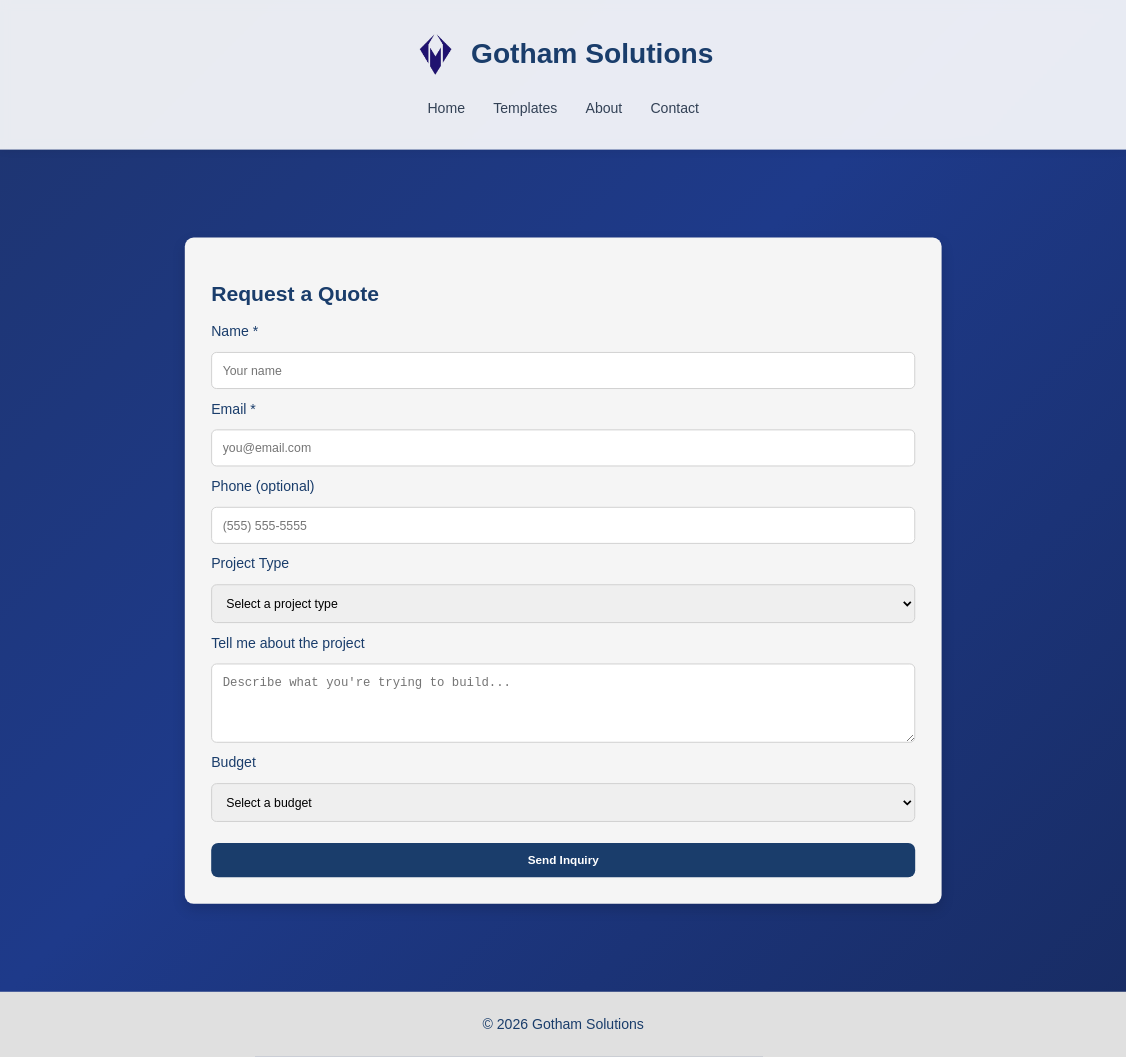
Repository: kmm569/gothamsolutions
Page: contact/index.html
An editor plug-in stored every save of this project. The page is shown before and after the next save, followed by the edit.
The browser window is 1280 px wide. The pictures show the whole page, at 88% of full size.

Above is the page before, as saved 2026-03-10 14:35:09.

### contact/index.html
<!doctype html>
<html lang="en">
	<head>
		<meta charset="UTF-8" />
		<meta name="viewport" content="width=device-width, initial-scale=1.0" />

		<title>Contact - Gotham Solutions</title>

		<link rel="stylesheet" href="styles.css" />
		<link rel="icon" href="./icons/favicon.ico" />
	</head>

	<body>
		<header>
			<div class="logo-container">
				<img src="LogoSolo.png" alt="Gotham Solutions Logo" class="logo" />
				<h1>Gotham Solutions</h1>
			</div>

			<nav>
				<ul>
					<li><a href="index.html" class="nav-link">Home</a></li>
					<li><a href="templates.html" class="nav-link">Templates</a></li>
					<li><a href="about.html" class="nav-link">About</a></li>
					<li><a href="contact.html" class="nav-link">Contact</a></li>
				</ul>
			</nav>
		</header>

		<main>
			<section class="contact-section">
				<div class="form-card">
					<h2>Request a Quote</h2>

					<form id="contactForm">
						<label>Name *</label>
						<input
							type="text"
							name="name"
							required
							minlength="2"
							placeholder="Your name"
						/>

						<label>Email *</label>
						<input
							type="email"
							name="email"
							required
							placeholder="you@email.com"
						/>

						<label>Phone (optional)</label>
						<input
							type="tel"
							id="phone"
							name="phone"
							pattern="[0-9+\-\(\)\s]{7,}"
							placeholder="(555) 555-5555"
							inputmode="numeric"
						/>

						<label>Project Type</label>
						<select name="projectType">
							<option value="">Select a project type</option>
							<option>Google Sheets Dashboard</option>
							<option>Spreadsheet Automation</option>
							<option>Workflow Tracker</option>
							<option>Data Cleanup / Organization</option>
							<option>Other</option>
						</select>

						<label>Tell me about the project</label>

						<textarea
							name="details"
							rows="4"
							placeholder="Describe what you're trying to build..."
						></textarea>

						<label>Budget</label>

						<select name="budget">
							<option value="">Select a budget</option>
							<option>Unsure</option>
							<option>Under $50</option>
							<option>$50 – $150</option>
							<option>$150 – $500</option>
							<option>$500+</option>
						</select>

						<input type="hidden" name="template" id="templateField" />
						<input type="hidden" name="source" id="sourceField" />

						<button type="submit" class="submit-button">Send Inquiry</button>
					</form>

					<div id="formMessage"></div>
				</div>
			</section>
		</main>

		<footer>
			<p>&copy; 2026 Gotham Solutions</p>
		</footer>

		<script>
			const scriptURL =
				"https://script.google.com/macros/s/AKfycbxc9_hlQCGvBhvR8CTxNIYGdBt7pfNBy3m51jCEInJPqs_rvo7NSJcQvLVQ2DQR7OGX/exec";

			const form = document.getElementById("contactForm");
			const templateField = document.getElementById("templateField");
			const sourceField = document.getElementById("sourceField");
			const messageBox = document.getElementById("formMessage");

			const params = new URLSearchParams(window.location.search);

			const storedTemplate = sessionStorage.getItem("template");
			const storedSource = sessionStorage.getItem("source");

			if (params.has("template")) {
				templateField.value = params.get("template");
				sessionStorage.setItem("template", params.get("template"));
			} else if (storedTemplate) {
				templateField.value = storedTemplate;
			}

			if (params.has("source")) {
				sourceField.value = params.get("source");
				sessionStorage.setItem("source", params.get("source"));
			} else if (storedSource) {
				sourceField.value = storedSource;
			} else {
				sourceField.value = "Website";
			}

			let submitting = false;

			form.addEventListener("submit", function (e) {
				if (submitting) {
					return;
				}

				submitting = true;

				e.preventDefault();

				const submitBtn = form.querySelector("button");
				submitBtn.disabled = true;
				submitBtn.textContent = "Sending...";

				const formData = new FormData(form);
				const data = Object.fromEntries(formData.entries());

				e.preventDefault();

				fetch(scriptURL, {
					method: "POST",
					mode: "no-cors",
					body: formData,
				})
					.then(() => {
						setTimeout(() => {
							submitting = false;
							submitBtn.disabled = false;
							submitBtn.textContent = "Send Inquiry";
						}, 60000);

						form.style.display = "none";

						messageBox.style.display = "block";
						messageBox.innerHTML =
							"<strong>Thanks! Your inquiry has been sent.</strong><br>I usually respond within 24 hours.";
					})
					.catch((err) => {
						console.error(err);

						messageBox.style.display = "block";
						messageBox.innerHTML = "Something went wrong. Please try again.";
					});
			});

			const phoneInput = document.getElementById("phone");

			if (phoneInput) {
				phoneInput.addEventListener("input", function (e) {
					let digits = e.target.value.replace(/\D/g, "").substring(0, 10);

					let formatted = digits;

					if (digits.length > 6) {
						formatted =
							"(" +
							digits.substring(0, 3) +
							") " +
							digits.substring(3, 6) +
							"-" +
							digits.substring(6);
					} else if (digits.length > 3) {
						formatted =
							"(" + digits.substring(0, 3) + ") " + digits.substring(3);
					} else if (digits.length > 0) {
						formatted = "(" + digits;
					}

					e.target.value = formatted;
				});
			}

			const header = document.querySelector("header");

			let isShrunk = false;

			const shrinkPoint = 120;
			const expandPoint = 40;

			window.addEventListener("scroll", () => {
				const scroll = window.scrollY;

				if (!isShrunk && scroll > shrinkPoint) {
					header.classList.add("scrolled");
					isShrunk = true;
				}

				if (isShrunk && scroll < expandPoint) {
					header.classList.remove("scrolled");
					isShrunk = false;
				}
			});
		</script>
	</body>
</html>

### styles.css
*,
*::before,
*::after {
	box-sizing: border-box;
}

body {
	background: #ffffff;
	color: #1a3d6b;
	font-family: Arial, sans-serif;
	margin: 0;
	padding: 0;
	display: flex;
	flex-direction: column;
	min-height: 100vh;
}

header {
	position: sticky;
	top: 0;
	z-index: 100;

	transition: padding 0.25s ease;
}

/* logo animation */
.logo-container {
	overflow: hidden;
	transition:
		max-height 0.25s ease,
		opacity 0.2s ease,
		transform 0.25s ease;
}

/* default visible logo height */
.logo-container {
	max-height: 120px;
}

/* compact header when scrolling */
header.scrolled {
	padding: 10px 20px;
	box-shadow: 0 6px 18px rgba(0, 0, 0, 0.15);
}

/* hide logo smoothly */
header.scrolled .logo-container {
	max-height: 0;
	opacity: 0;
	transform: translateY(-10px);
}

header {
	display: flex;
	flex-direction: column;
	align-items: center;

	padding: 22px 20px;

	background: rgba(255, 255, 255, 0.9);
	backdrop-filter: blur(6px);

	box-shadow: 0 2px 10px rgba(0, 0, 0, 0.08);
}
@media (max-width: 600px) {
	header {
		padding: 16px 12px;
	}
}

.logo-container {
	display: flex;
	align-items: center;
	gap: 14px;
}

.logo {
	height: 52px;
}

nav ul {
	display: flex;
	gap: 32px;

	list-style: none;
	padding: 0;
	margin-top: 12px;
}

.nav-link {
	text-decoration: none;

	color: #334155;
	font-weight: 500;

	position: relative;

	transition: color 0.2s ease;
}

.nav-link:hover {
	color: #2563eb;
}

.nav-link::after {
	content: "";

	position: absolute;
	left: 0;
	bottom: -4px;

	width: 0;
	height: 2px;

	background: #2563eb;

	transition: width 0.2s ease;
}

.nav-link:hover::after {
	width: 100%;
}

main {
	flex: 1;
	padding: 40px 20px;
	width: 100%;
	max-width: 1100px;
	margin: 0 auto;
}

/* HERO */

.hero {
	text-align: center;
	margin-bottom: 50px;
}

.hero h2 {
	font-size: 2em;
	margin-bottom: 15px;
}

.hero-text {
	max-width: 650px;
	margin: auto;
	font-size: 1.1em;
	line-height: 1.5;
}

@media (max-width: 600px) {
	.hero-text {
		max-width: 100%;
		padding: 0 6px;
	}
}

.hero-buttons {
	margin-top: 20px;
	display: flex;
	gap: 15px;
	justify-content: center;
	flex-wrap: wrap;
}

/* BUTTONS */

.button-primary {
	background: #1a3d6b;
	color: white;
	padding: 12px 24px;
	border-radius: 8px;
	text-decoration: none;
	font-weight: bold;
}

.button-secondary {
	background: #16a085;
	color: white;
	padding: 12px 24px;
	border-radius: 8px;
	text-decoration: none;
	font-weight: bold;
}

@media (max-width: 600px) {
	.button-primary,
	.button-secondary {
		padding: 10px 18px;
		font-size: 0.95em;
	}
}

/* SERVICES */

.services {
	margin-bottom: 50px;
}

.services h2 {
	text-align: center;
	margin-bottom: 25px;
}

.service-grid {
	display: grid;
	grid-template-columns: repeat(auto-fit, minmax(220px, 1fr));
	gap: 20px;
}

@media (max-width: 600px) {
	.service-grid {
		grid-template-columns: 1fr;
		gap: 18px;
	}
}

.service-card {
	background: #f5f5f5;
	padding: 20px;
	border-radius: 10px;
	box-shadow: 0 4px 10px rgba(0, 0, 0, 0.1);
}

/* PROCESS */

.process {
	margin-bottom: 20px;
}

.process h2 {
	text-align: center;
	margin-bottom: 25px;
}

.process-grid {
	display: grid;
	grid-template-columns: repeat(auto-fit, minmax(220px, 1fr));
	gap: 20px;
}

.process-step {
	background: #f5f5f5;
	padding: 20px;
	border-radius: 10px;
	box-shadow: 0 4px 10px rgba(0, 0, 0, 0.1);
}

/* CTA */

.cta {
	text-align: center;
	background: #f5f5f5;
	padding: 30px;
	border-radius: 10px;
	max-width: 700px;
	margin: 0 auto;
}

.cta p {
	max-width: 600px;
	margin: 10px auto 20px auto;
}

/* FORM */

.contact-section {
	max-width: 900px;
	margin: 60px auto;
	padding: 0 20px;
}

.form-card {
	background: #f5f5f5;
	padding: 30px;
	border-radius: 10px;
	box-shadow: 0 6px 14px rgba(0, 0, 0, 0.15);

	width: 100%;
	max-width: 900px;

	margin: 0 auto;
}

.form-card form {
	width: 100%;
}

form {
	display: flex;
	flex-direction: column;
	gap: 14px;
}

input,
select,
textarea {
	width: 100%;
	padding: 14px;
	font-size: 15px;
}

.submit-button {
	margin-top: 10px;
	padding: 12px;
	border: none;
	background: #1a3d6b;
	color: white;
	font-weight: bold;
	border-radius: 8px;
	cursor: pointer;
}

.submit-button:hover {
	background: #163457;
}

input,
select,
textarea {
	width: 100%;
	padding: 12px;
	border-radius: 6px;
	border: 1px solid #ccc;
	font-size: 14px;
	box-sizing: border-box;
}

/* WHY SECTION */

.why-section {
	margin: 50px 0;
	background: #f5f5f5;
	padding: 30px;
	border-radius: 10px;
	box-shadow: 0 4px 10px rgba(0, 0, 0, 0.1);
}

.why-section h2 {
	text-align: center;
	margin-bottom: 10px;
}

.why-section > p {
	text-align: center;
	max-width: 650px;
	margin: 0 auto 25px auto;
}

footer {
	background: #e0e0e0;
	padding: 12px;
	text-align: center;
}

/* WHY GOTHAM SOLUTIONS LIST */

.about-points {
	list-style: none;
	padding: 0;
	margin-top: 20px;

	display: flex;
	flex-direction: column;
	gap: 18px;
}

.about-points li {
	position: relative;
	padding-left: 34px;
	line-height: 1.5;
}

.about-points li::before {
	content: "";

	position: absolute;
	left: 0;
	top: 3px;

	width: 16px;
	height: 16px;

	background-color: #2c3e50;

	mask: url("/icons/target.svg") no-repeat center;
	mask-size: contain;

	-webkit-mask: url("/icons/target.svg") no-repeat center;
	-webkit-mask-size: contain;
}

body {
	background: linear-gradient(-45deg, #0f172a, #1e3a8a, #1e293b, #2563eb);

	background-size: 400% 400%;
	animation: gradientShift 15s ease infinite;

	min-height: 100vh;
}

@keyframes gradientShift {
	0% {
		background-position: 0% 50%;
	}
	50% {
		background-position: 100% 50%;
	}
	100% {
		background-position: 0% 50%;
	}
}

.content-wrapper {
	max-width: 1100px;
	margin: 40px auto;
	padding: 40px;

	background: rgba(255, 255, 255, 0.85);

	border-radius: 14px;

	box-shadow: 0 10px 30px rgba(0, 0, 0, 0.25);

	backdrop-filter: blur(6px);
}

.service-card,
.process-step {
	background: #ffffff;
	border-radius: 12px;

	padding: 24px;

	box-shadow: 0 6px 18px rgba(0, 0, 0, 0.08);

	transition:
		transform 0.2s ease,
		box-shadow 0.2s ease;
}

.service-card:hover,
.process-step:hover {
	transform: translateY(-6px);

	box-shadow: 0 14px 32px rgba(0, 0, 0, 0.15);
}

.service-card::before,
.process-step::before {
	content: "";
	display: block;

	height: 4px;
	width: 40px;

	background: #2563eb;

	border-radius: 4px;

	margin-bottom: 12px;
}

.templates-grid {
	display: grid;
	grid-template-columns: repeat(auto-fit, minmax(260px, 1fr));
	gap: 24px;
	margin-top: 30px;
}

.template-card {
	background: #ffffff;
	border-radius: 12px;
	padding: 24px;

	box-shadow: 0 6px 18px rgba(0, 0, 0, 0.08);

	display: flex;
	flex-direction: column;
	gap: 12px;

	transition:
		transform 0.2s ease,
		box-shadow 0.2s ease;
}

.template-card:hover {
	transform: translateY(-6px);
	box-shadow: 0 14px 32px rgba(0, 0, 0, 0.15);
}

.template-preview {
	width: 100%;
	max-height: 420px;

	object-fit: cover;

	border-radius: 10px;
	margin-bottom: 16px;

	box-shadow: 0 8px 20px rgba(0, 0, 0, 0.18);
}

.template-gallery {
	display: flex;
	gap: 12px;
	margin-bottom: 18px;
	flex-wrap: wrap;
}

.template-gallery img {
	width: 90px;
	height: 65px;

	object-fit: cover;

	border-radius: 6px;
	cursor: pointer;

	transition:
		transform 0.15s ease,
		box-shadow 0.15s ease;
}

.template-gallery img:hover {
	transform: scale(1.05);
	box-shadow: 0 6px 12px rgba(0, 0, 0, 0.15);
}

.template-card .button-primary {
	width: 100%;
	text-align: center;
}

After the next save:
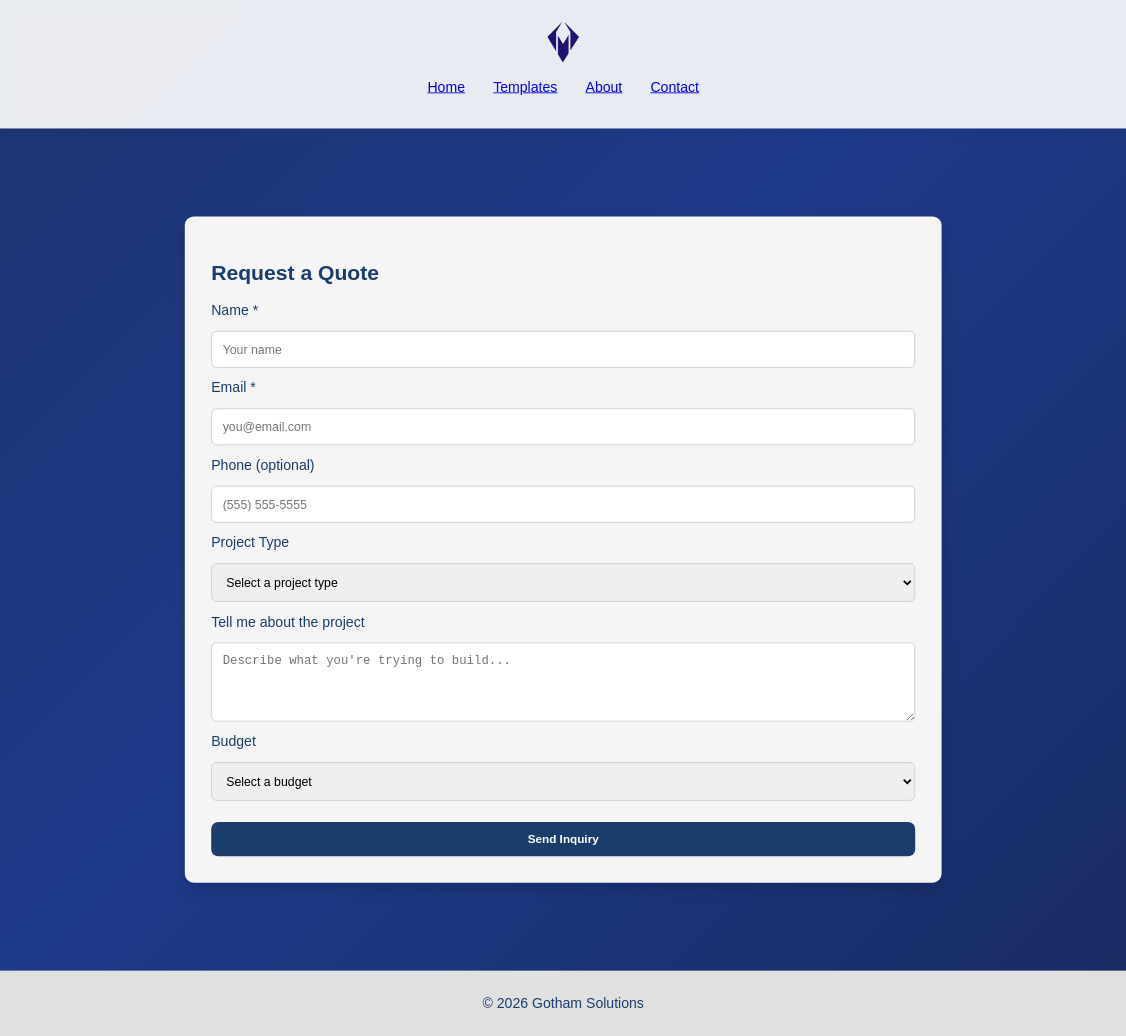
Saved 36 s later.
--- a/contact/index.html
+++ b/contact/index.html
@@ -4,25 +4,24 @@
 		<meta charset="UTF-8" />
 		<meta name="viewport" content="width=device-width, initial-scale=1.0" />
 
-		<title>Contact - Gotham Solutions</title>
-
-		<link rel="stylesheet" href="styles.css" />
-		<link rel="icon" href="./icons/favicon.ico" />
+		<title>Contact | Gotham Solutions</title>
+
+		<link rel="stylesheet" href="../styles.css" />
+		<link rel="icon" href="../icons/favicon.ico" />
 	</head>
 
 	<body>
-		<header>
-			<div class="logo-container">
-				<img src="LogoSolo.png" alt="Gotham Solutions Logo" class="logo" />
-				<h1>Gotham Solutions</h1>
-			</div>
+		<header class="header">
+			<a href="/">
+				<img src="../LogoSolo.png" alt="Gotham Solutions Logo" class="logo" />
+			</a>
 
 			<nav>
-				<ul>
-					<li><a href="index.html" class="nav-link">Home</a></li>
-					<li><a href="templates.html" class="nav-link">Templates</a></li>
-					<li><a href="about.html" class="nav-link">About</a></li>
-					<li><a href="contact.html" class="nav-link">Contact</a></li>
+				<ul class="nav-links">
+					<li><a href="/">Home</a></li>
+					<li><a href="/templates/">Templates</a></li>
+					<li><a href="/about/">About</a></li>
+					<li><a href="/contact/">Contact</a></li>
 				</ul>
 			</nav>
 		</header>
